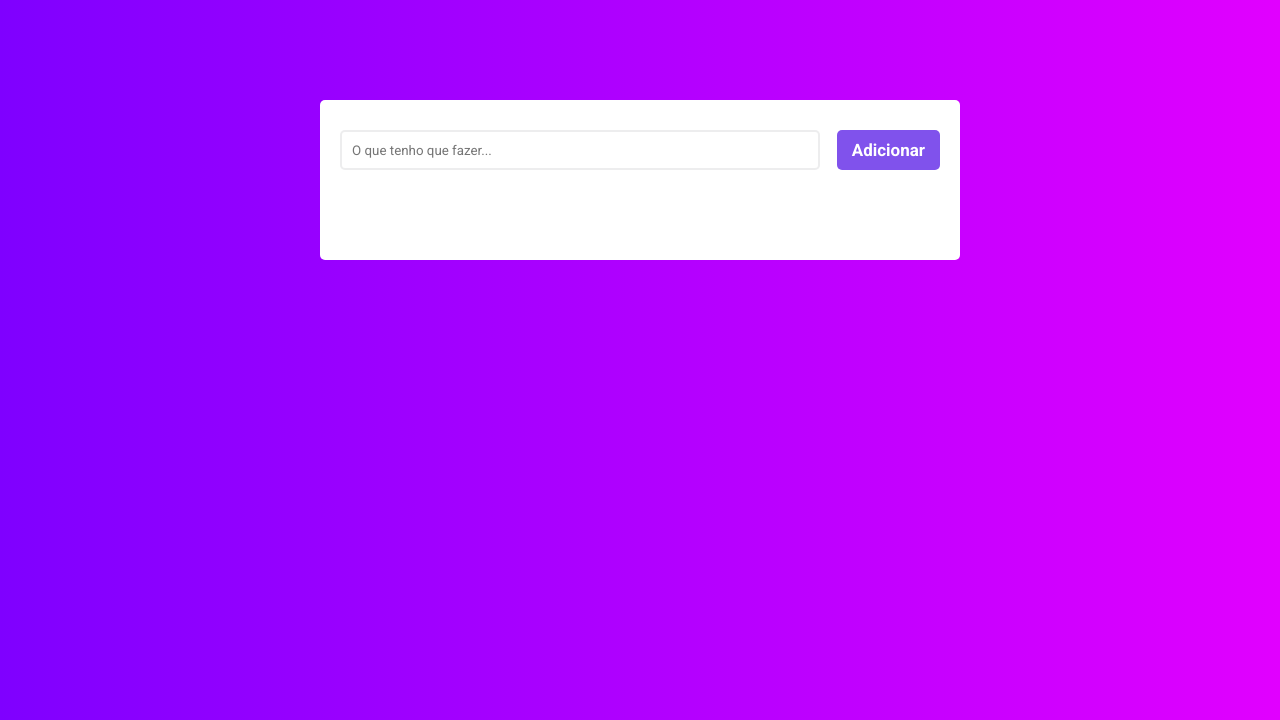
Repository: PLSR12/ToDoList
Page: index.html
These files come from the project's save history. The page is drawn as it stood at one moment and after the next save; the edit follows.
The browser window is 1280 px wide. The pictures show the whole page.
Some web libraries are served in a nearby version.

Above is the page before, as saved 2022-01-14 13:00:39.

### index.html
<!DOCTYPE html>
<html lang="pt-br">

<head>
    <meta charset="UTF-8">
    <meta http-equiv="X-UA-Compatible" content="IE=edge">
    <meta name="viewport" content="width=device-width, initial-scale=1.0">
    <script src="https://kit.fontawesome.com/7a5bd120bc.js" crossorigin="anonymous"></script>
    <link rel="stylesheet" href="./styles.css">
    <link rel="preconnect" href="https://fonts.googleapis.com">
    <link rel="preconnect" href="https://fonts.gstatic.com" crossorigin>
    <link href="https://fonts.googleapis.com/css2?family=Roboto:wght@100;400;700&display=swap" rel="stylesheet">
    <title> Lista de Tarefas </title>
</head>

<body>

    <div class="container">
        <input id="input-principal" placeholder="O que tenho que fazer...">

        <button id="botao-adicionar"> Adicionar </button>

        <ul id="tarefas">

        </ul>
    </div>

</body>

<script src="./scripts.js">

</script>

</html>

### styles.css

* {
    margin: 0;
    padding: 0;
    box-sizing: border-box;
    outline: none;
    font-family: 'Roboto', sans-serif;
}

body {
    background: linear-gradient(90deg, #7F00FF 0%, #E100FF 100%);
}


#botao-adicionar {
    background: #8052EC;
    border-radius: 5px;
    height: 40px;
    border: none;
    padding: 0 15px;
    color: #FFFFFF;
    font-size: 17px;
    cursor: pointer;
    float: right;
    font-weight: 700;
}

#botao-adicionar:hover{
    opacity: 0.8;
}

#botao-adicionar:active {
    opacity: 0.6;
}

.container {
    background: #FFFFFF;
    width: 50%;
    height: 50%;
    margin-bottom: 100px;
    border-radius: 5px;
    margin-top: 100px;
    margin-left: auto;
    margin-right: auto;
    padding: 30px 20px;
}

#input-principal {
    width: 80%;
    height: 40px;
    border: 2px solid rgba(209, 211, 212, 0.4);
    border-radius: 5px;
    padding-left: 10px;
}

#tarefas {
    width: 100%;
    list-style: none;
    margin-top: 60px;
}

.item-tarefa {
    background: #F2F2F2;
    box-shadow: 1px 4px 10px rgba(0, 0, 0, 0.2);
    border-radius: 5px;
    padding: 20px 45px;
    cursor: pointer;
    position: relative;
    margin-top: 30px;
}

.nome-tarefa {
    color: #000000;
    font-size: 15px;
}

.botao-delete {
    border: none;
    background: transparent;
    position: absolute;
    right: 0;
    top: 0;
    height: 100%;
    width: 40px;
    cursor: pointer;
    opacity: 0;
    transition: opacity 0.5s ease-in-out;
}

.fa-trash{
    color: red;
}

.botao-foguete {
    border: none;
    background: transparent;
    position: absolute;
    left: 0;
    top: 0;
    height: 100%;
    width: 40px;
    cursor: pointer;
    opacity: 0;
    transition: opacity 0.5s ease-in-out;
}

.fa-rocket {
    color:#4F0FC5;
}

.item-tarefa:hover .botao-delete{
    opacity: 1;
}

.item-tarefa:hover .botao-foguete{
    opacity: 1;
}

.concluido{
   background-color: #d4f88d;
   text-decoration: line-through;
}

### scripts.js
let input = document.getElementById("input-principal");
let button = document.getElementById("botao-adicionar");
let tarefa = document.getElementById("nome-tarefa-id");
let listaCompleta = document.getElementById("tarefas");

let arrayDeTarefas = [];
recarregarTarefas();

function mostrarTarefas() {
  let novaLi = "";

  arrayDeTarefas.forEach((tarefa, index) => {
    novaLi =
      novaLi +
      `
        <li class="item-tarefa ${tarefa.concluida == true ? "concluido" : ""} ">
            <button class="botao-foguete" onclick="concluirTarefa(${index})">
                <i class="fas fa-rocket"></i>
            </button>

            <p class="nome-tarefa ${
              tarefa.concluida == true ? "concluido" : ""
            }" id="nome-tarefa-id">${tarefa.tarefa}</p>

            <button class="botao-delete" onclick="deletarTarefa(${index})">
                <i class="fas fa-trash"></i>
            </button>
        </li>
`;
  });

  listaCompleta.innerHTML = novaLi;

  localStorage.setItem("lista", JSON.stringify(arrayDeTarefas));
}

function deletarTarefa(index) {
  arrayDeTarefas.splice(index, 1);

  mostrarTarefas();
}

function adicionarTarefa() {
  if (input.value) {
    arrayDeTarefas.push({
      tarefa: input.value,
      concluida: false,
    });
  } else {
    alert("Digite uma tarefa");
  }

  input.value = "";
  mostrarTarefas();
}

function concluirTarefa(index) {
  arrayDeTarefas[index].concluida = !arrayDeTarefas[index].concluida;

  mostrarTarefas();
}

function recarregarTarefas() {
  let minhasTarefas = localStorage.getItem("lista");

  if (minhasTarefas) {
    arrayDeTarefas = JSON.parse(minhasTarefas);

    mostrarTarefas();
  }
}

function adicionarPeloEnter(teclas) {
  if (teclas.key === "Enter") {
    adicionarTarefa();
  }
}

button.addEventListener("click", adicionarTarefa);

document.addEventListener("keypress", adicionarPeloEnter);

After the next save:
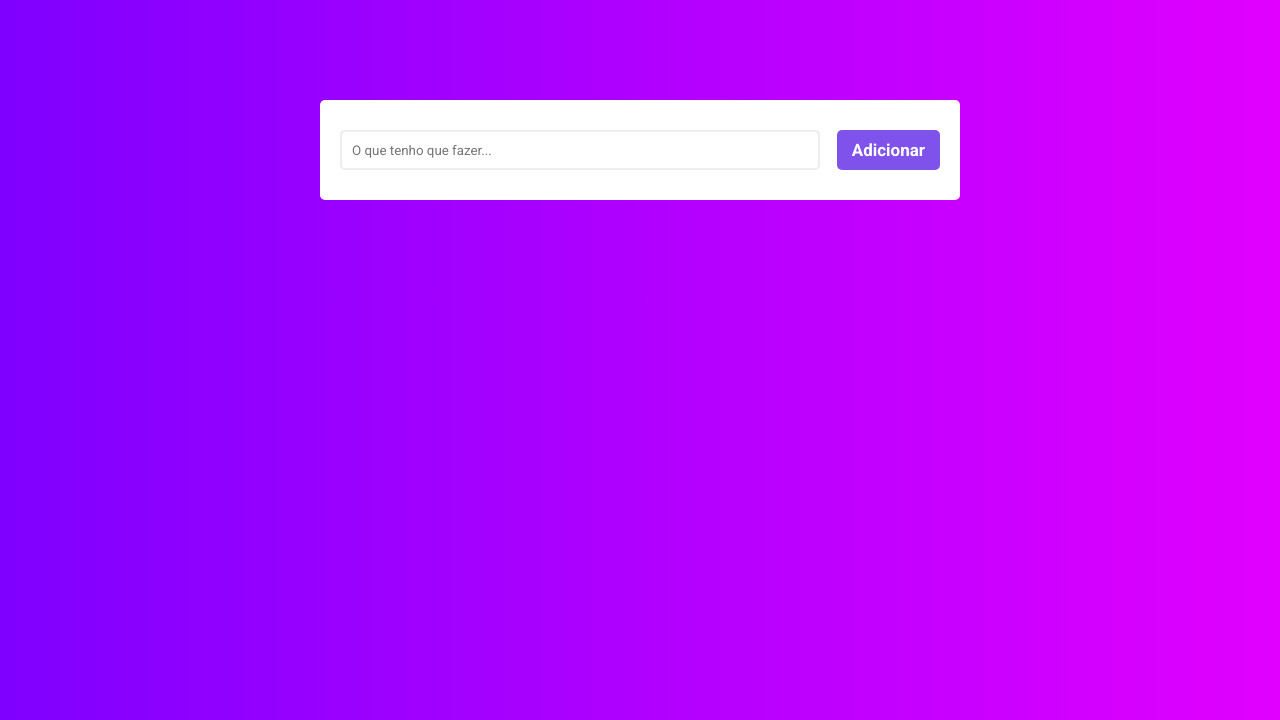
Saved 7 s later.
--- a/styles.css
+++ b/styles.css
@@ -36,7 +36,7 @@ body {
 .container {
     background: #FFFFFF;
     width: 50%;
-    height: 50%;
+    height: 100px;
     margin-bottom: 100px;
     border-radius: 5px;
     margin-top: 100px;
